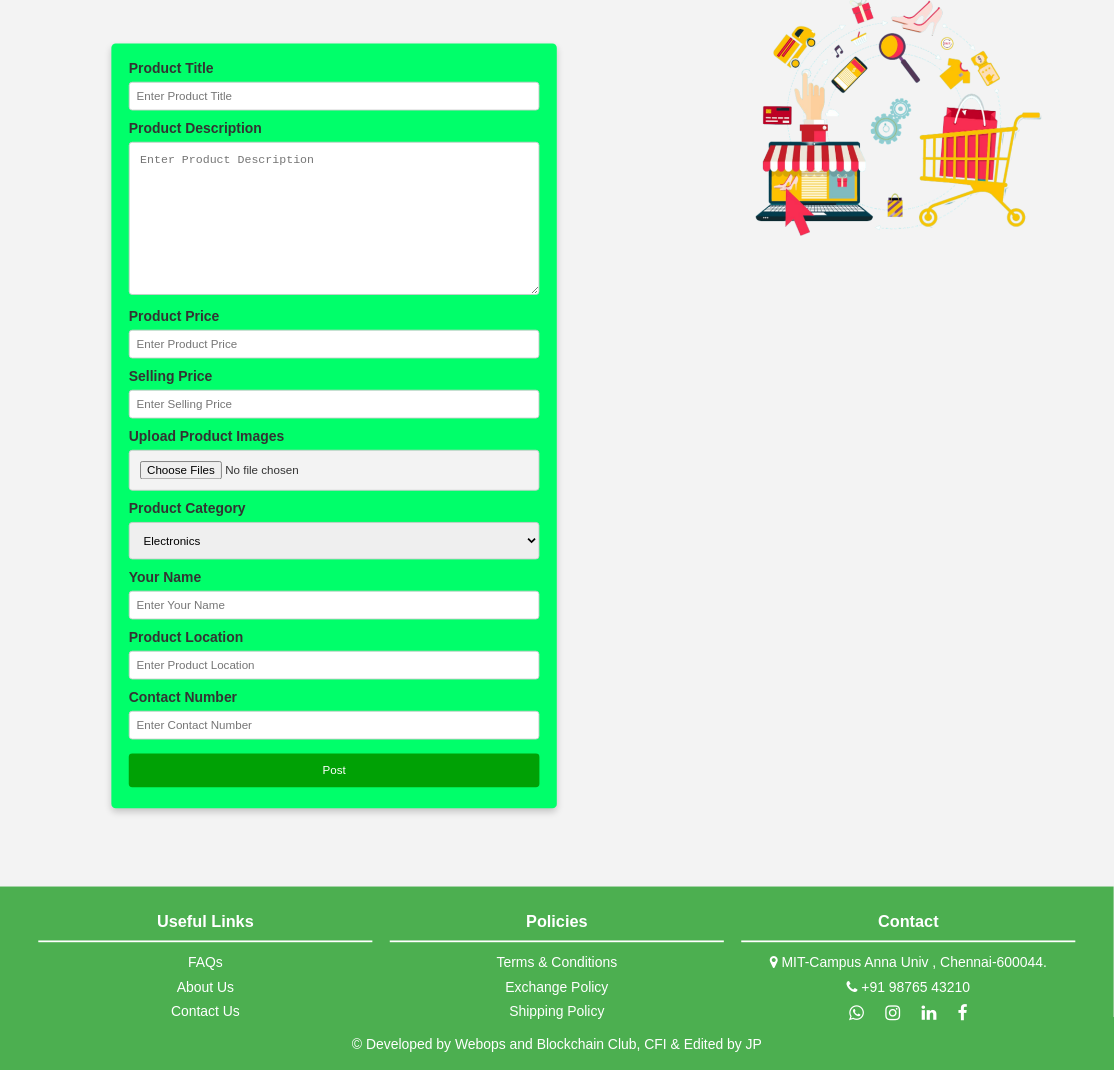
Repository: John-Prabu-A/web-dev-summer-school
Page: Session_1_Assignment/sell.html
The author's editor kept a copy of each file at every save. The page is drawn from the files as they stood at one save, then again after the next save.
The browser window is 1280 px wide. The pictures show the whole page, at 87% of full size.

Above is the page before, as saved 2024-06-20 15:42:51.

After the next save:
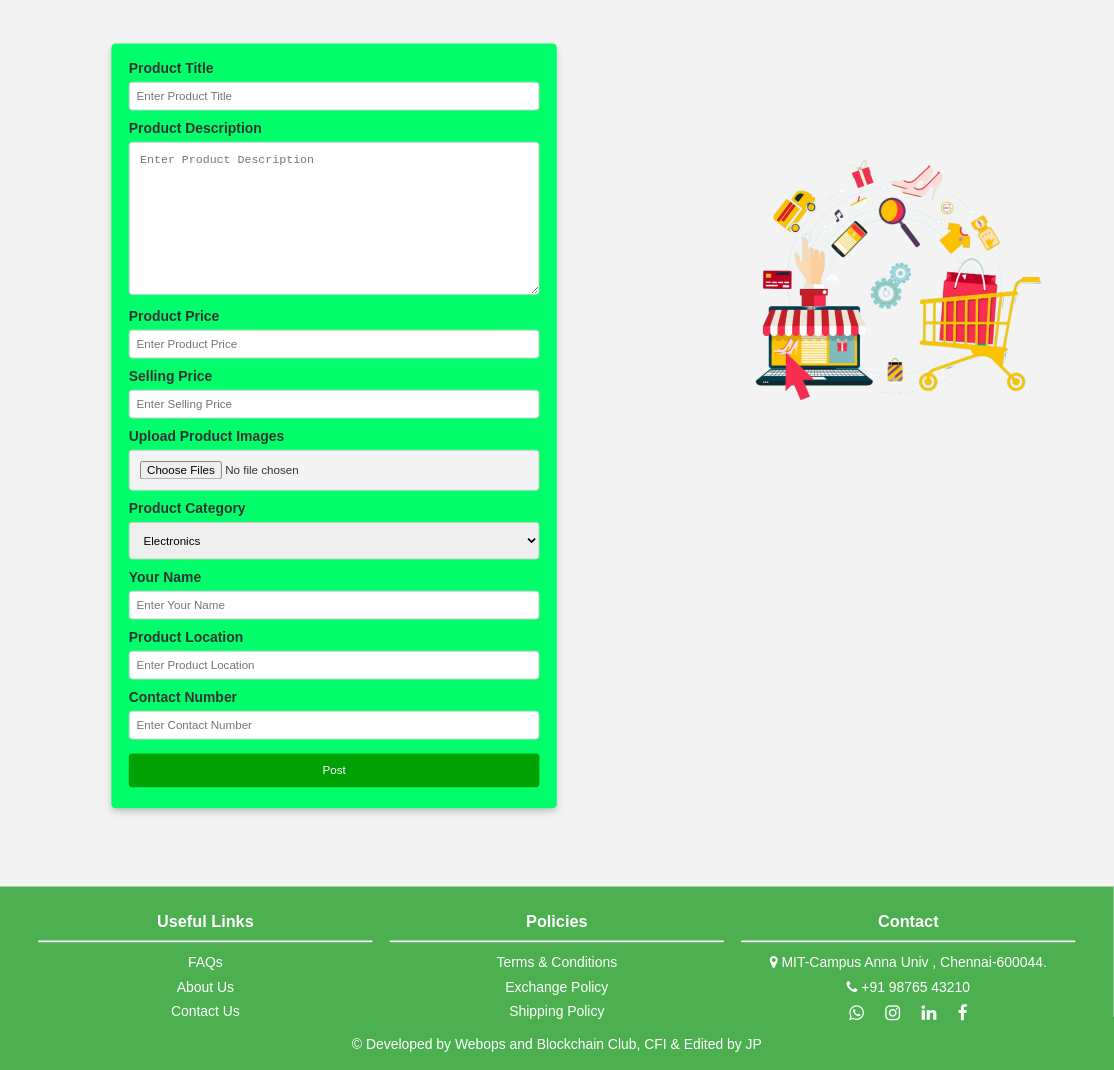
Saved 21 s later.
--- a/Session_1_Assignment/sell.html
+++ b/Session_1_Assignment/sell.html
@@ -18,6 +18,7 @@
             display:inline-block;
             position: fixed;
             right: 0;
+            top: 20%;
             padding: 16px;
             bottom: 30dvw;
             width: 40%;
